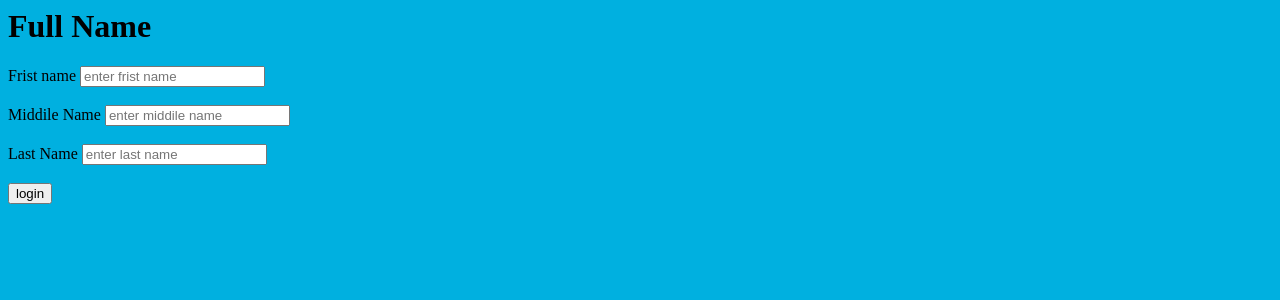
Repository: kumarapala/adv-java
Page: FullName/src/main/webapp/form.html
An editor plug-in stored every save of this project. The page is shown before and after the next save, followed by the edit.
The browser window is 1280 px wide. The pictures show the whole page.

Above is the page before, as saved 2024-02-07 03:06:55.

After the next save:
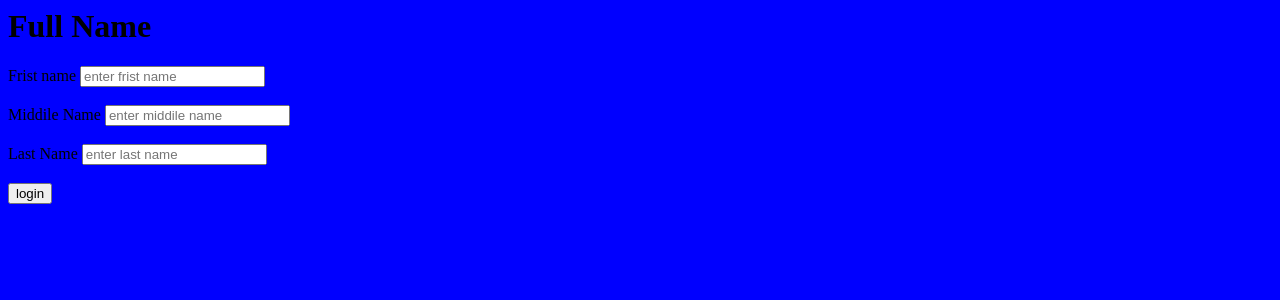
Saved 4 min 14 s later.
--- a/FullName/src/main/webapp/form.html
+++ b/FullName/src/main/webapp/form.html
@@ -2,7 +2,7 @@
 	<head>
 	<title>Full Name</title>
 	</head>
-	<body bgcolor = "sky blue">
+	<body bgcolor = "blue">
 	<h1>Full Name</h1>
 	<form method = "get" action = "FullName">
 	<label>Frist name</label>
